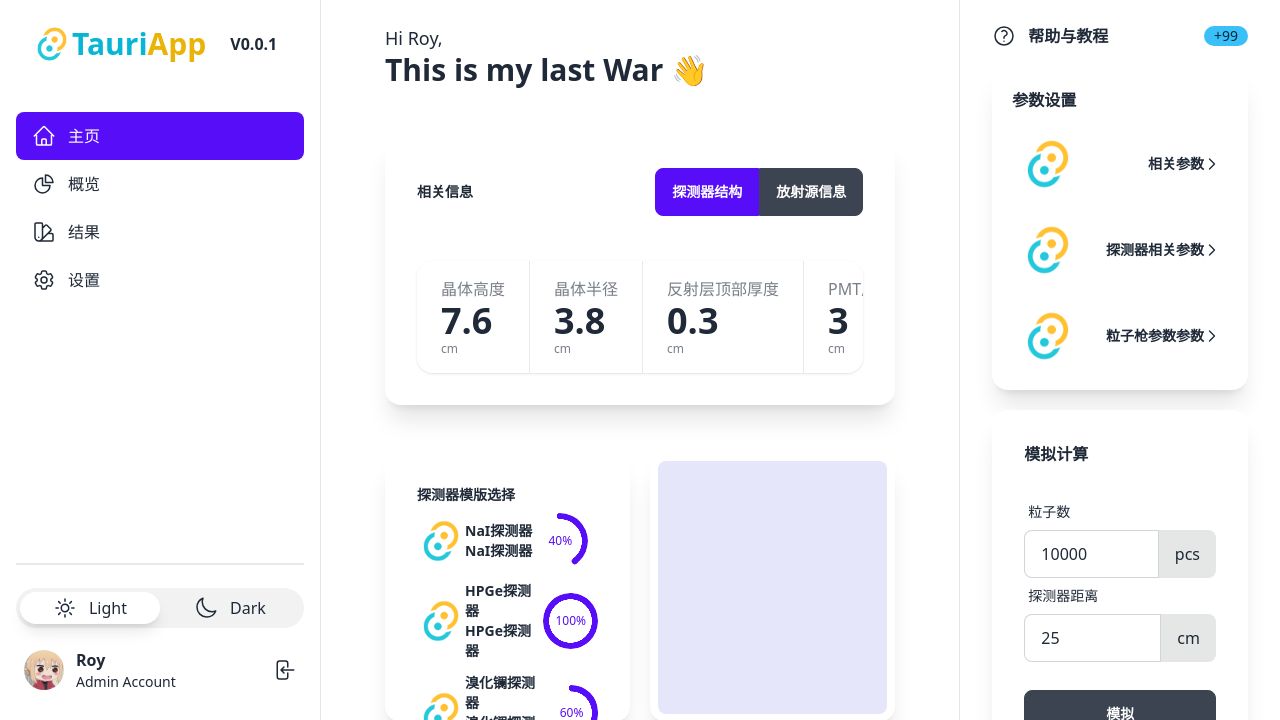
Repository: XMZOVO/tauri-geant4
Page: /
These files come from the project's save history. The page is drawn as it stood at one moment and after the next save; the edit follows.
The browser window is 1280 px wide. The pictures show the whole page.
The page's requests for data from a server got no answer. An inner scrolling area shows only its first screen. The project was rebuilt for these pictures with package versions that can differ from the ones it lists, and the page was loaded fresh each time. No one was signed in, and anything a server would have sent is missing. Also part of the build but not shown: vite.config.ts.

Above is the page before, as saved 2022-09-11 19:07:07.

After the next save:
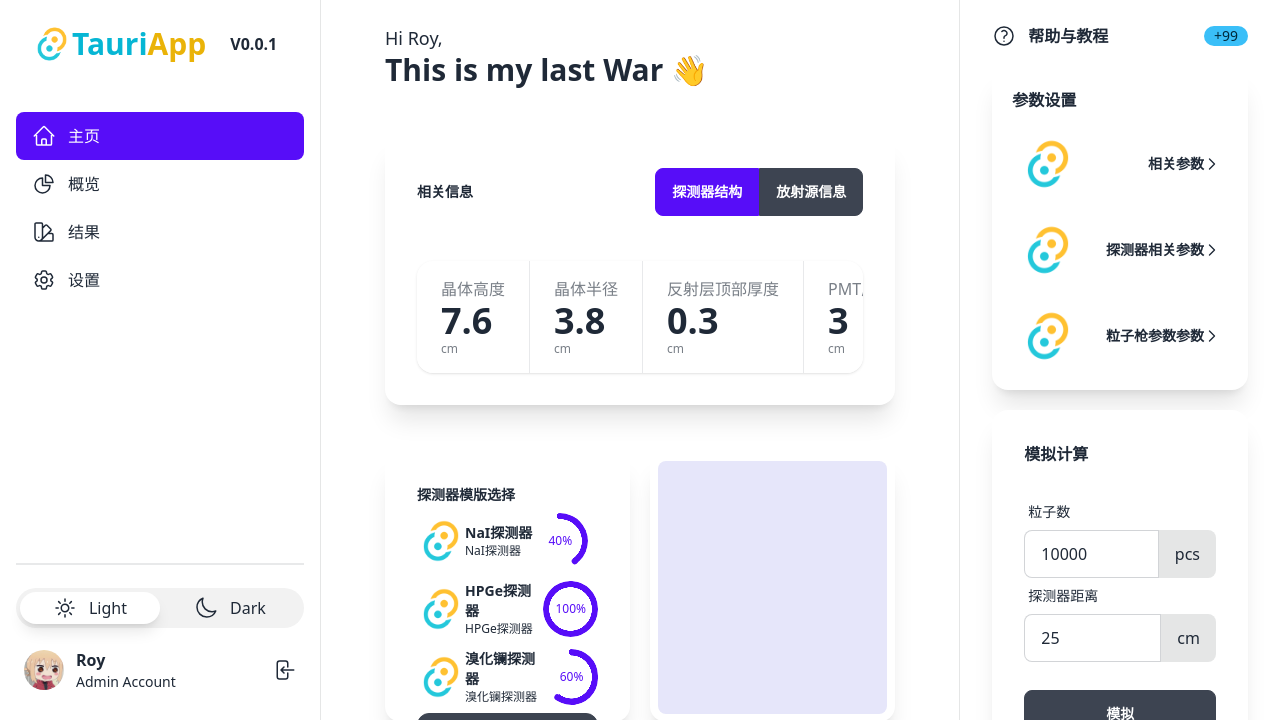
Saved 26 s later.
--- a/src/components/Home.vue
+++ b/src/components/Home.vue
@@ -187,7 +187,7 @@ const exitApp = async () => {
                 <img src="../assets/icon.png" class="h-12 w-12" />
                 <div class="flex flex-col">
                   <p class="text-sm font-semibold">{{ item.name }}</p>
-                  <p class="text-sm font-semibold">{{ item.name }}</p>
+                  <p class="text-xs">{{ item.name }}</p>
                 </div>
                 <div
                   class="radial-progress text-xs text-primary"
